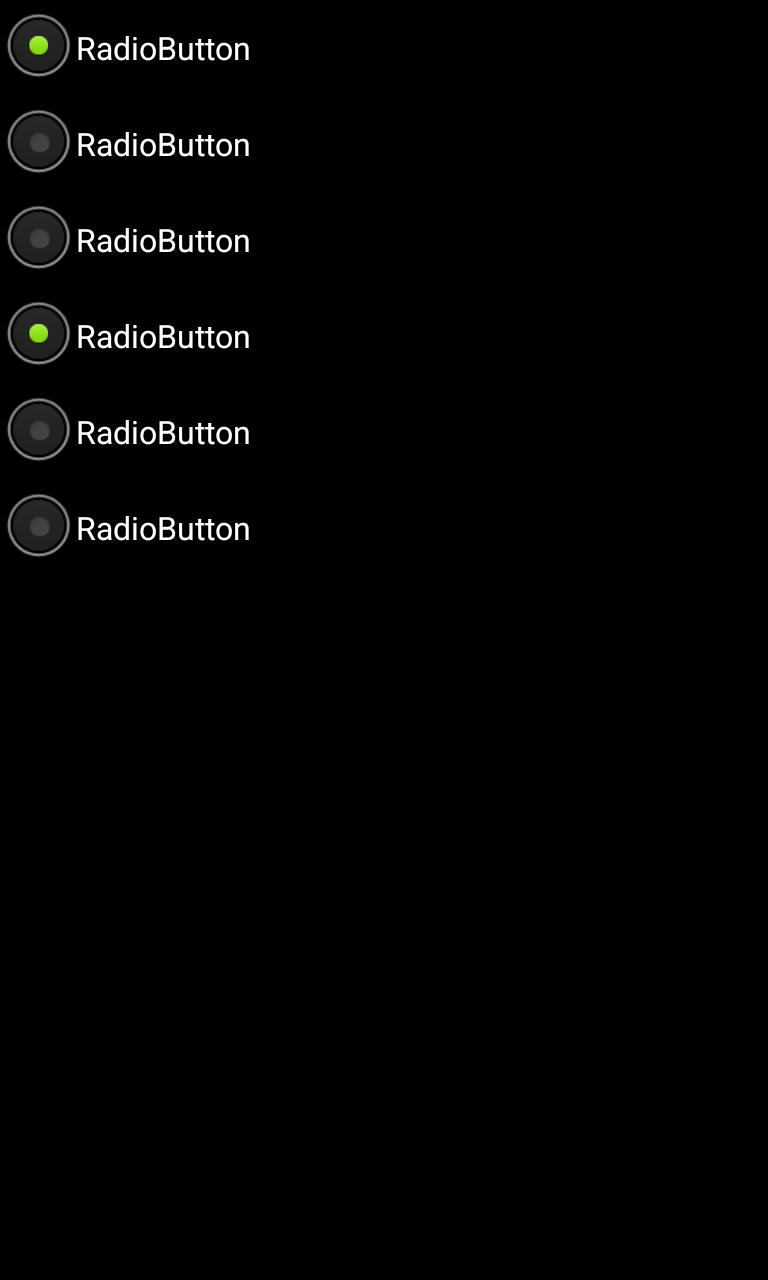
Repository: androportal/APL-apk
Layout: test/chooselanguage/res/layout/main.xml
An editor plug-in stored every save of this project. The layout is shown before and after the next save, followed by the edit.
It is drawn on a 768 x 1280 px phone screen (xhdpi) without system bars, with theme android:Theme; the app's code is not run.

Above is the layout before, as saved 2012-05-18 13:40:59.

After the next save:
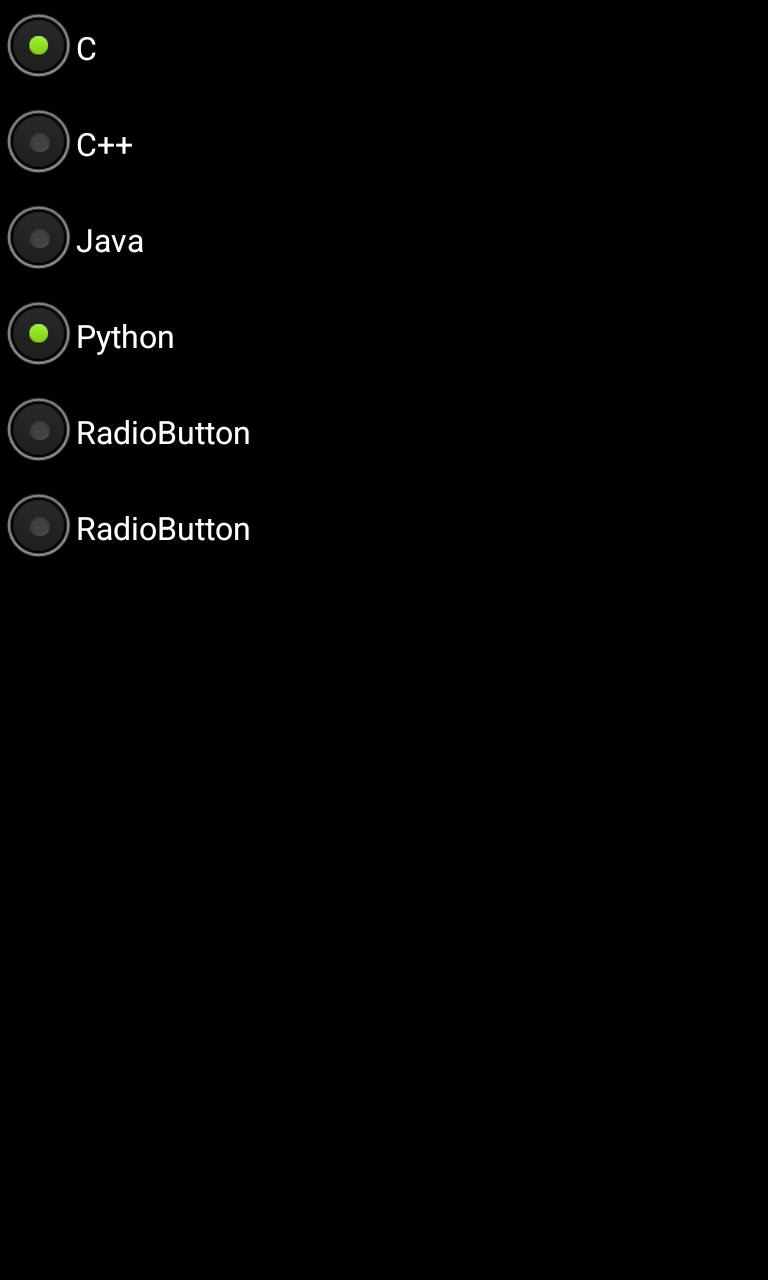
Saved 57 s later.
--- a/test/chooselanguage/res/layout/main.xml
+++ b/test/chooselanguage/res/layout/main.xml
@@ -19,19 +19,19 @@
                 android:layout_width="wrap_content"
                 android:layout_height="wrap_content"
                 android:checked="true"
-                android:text="RadioButton" />
+                android:text="C" />
 
             <RadioButton
                 android:id="@+id/RadioButton01"
                 android:layout_width="wrap_content"
                 android:layout_height="wrap_content"
-                android:text="RadioButton" />
+                android:text="C++" />
 
             <RadioButton
                 android:id="@+id/RadioButton02"
                 android:layout_width="wrap_content"
                 android:layout_height="wrap_content"
-                android:text="RadioButton" />
+                android:text="Java" />
         </RadioGroup>
 
         <RadioButton
@@ -39,7 +39,7 @@
             android:layout_width="wrap_content"
             android:layout_height="wrap_content"
             android:checked="true"
-            android:text="RadioButton" />
+            android:text="Python" />
 
         <RadioButton
             android:id="@+id/radio1"
